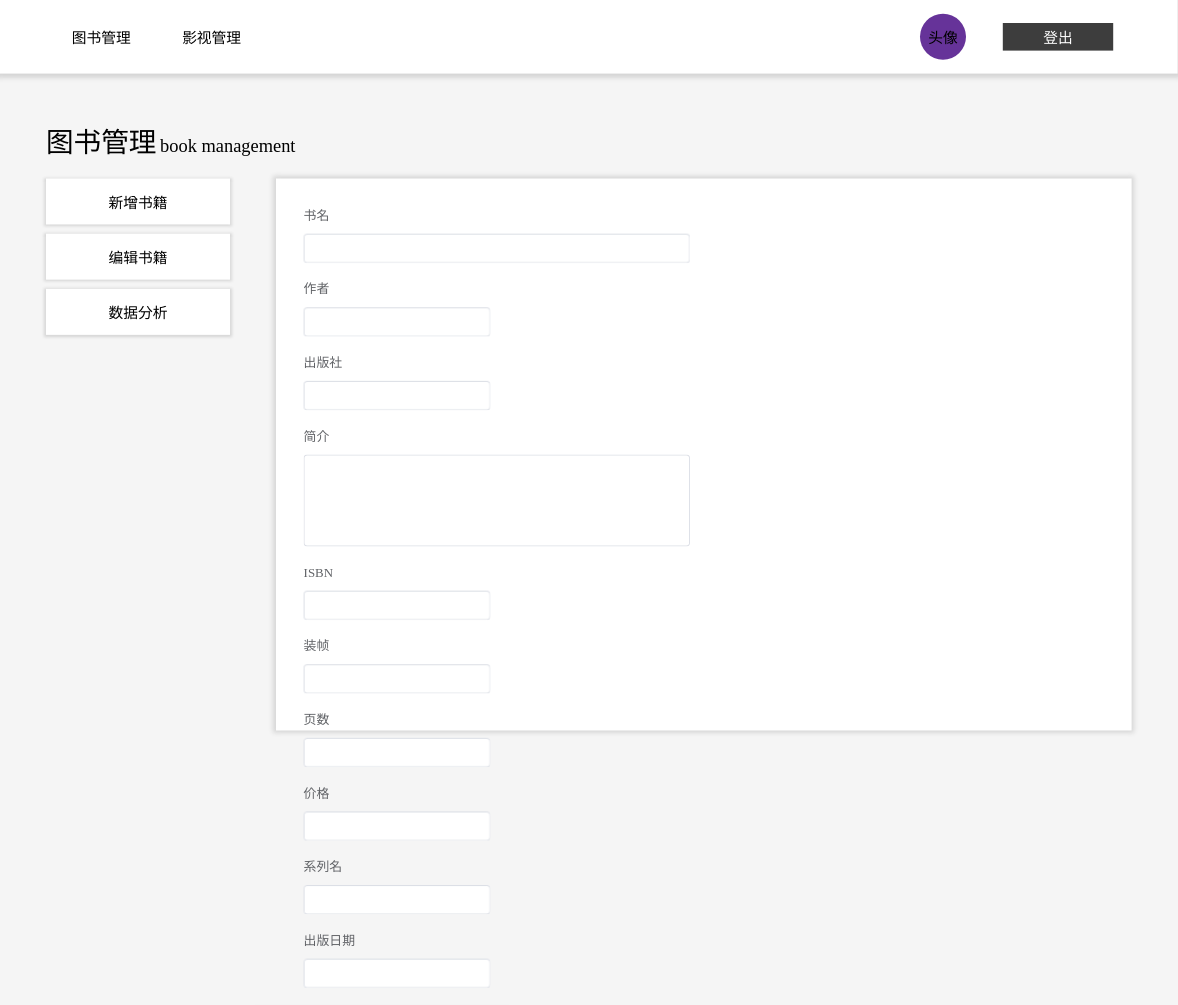
Repository: quanwangniuniu/Oasis-Reading-Platform
Page: /#/admin/books (app in Vue-frontend/)
An editor plug-in stored every save of this project. The page is shown before and after the next save, followed by the edit.
The browser window is 1280 px wide. The pictures show the whole page, at 92% of full size.
Some web fonts or font styles are not loaded; a fallback is used. The project was rebuilt for these pictures with package versions that can differ from the ones it lists, and the page was loaded fresh each time. Also part of the build but not shown: Vue-frontend/vite.config.js, Vue-frontend/src/components/Test.vue, Vue-frontend/src/components/user/books/BookCard.vue, Vue-frontend/src/components/axios/config.js, Vue-frontend/src/components/axios/api.js, Vue-frontend/src/components/user/books/Books.vue, Vue-frontend/src/components/user/movies/Favourites.vue, Vue-frontend/src/components/user/explore/Explore.vue and 10 more.

Above is the page before, as saved 2023-04-13 16:42:31.

After the next save:
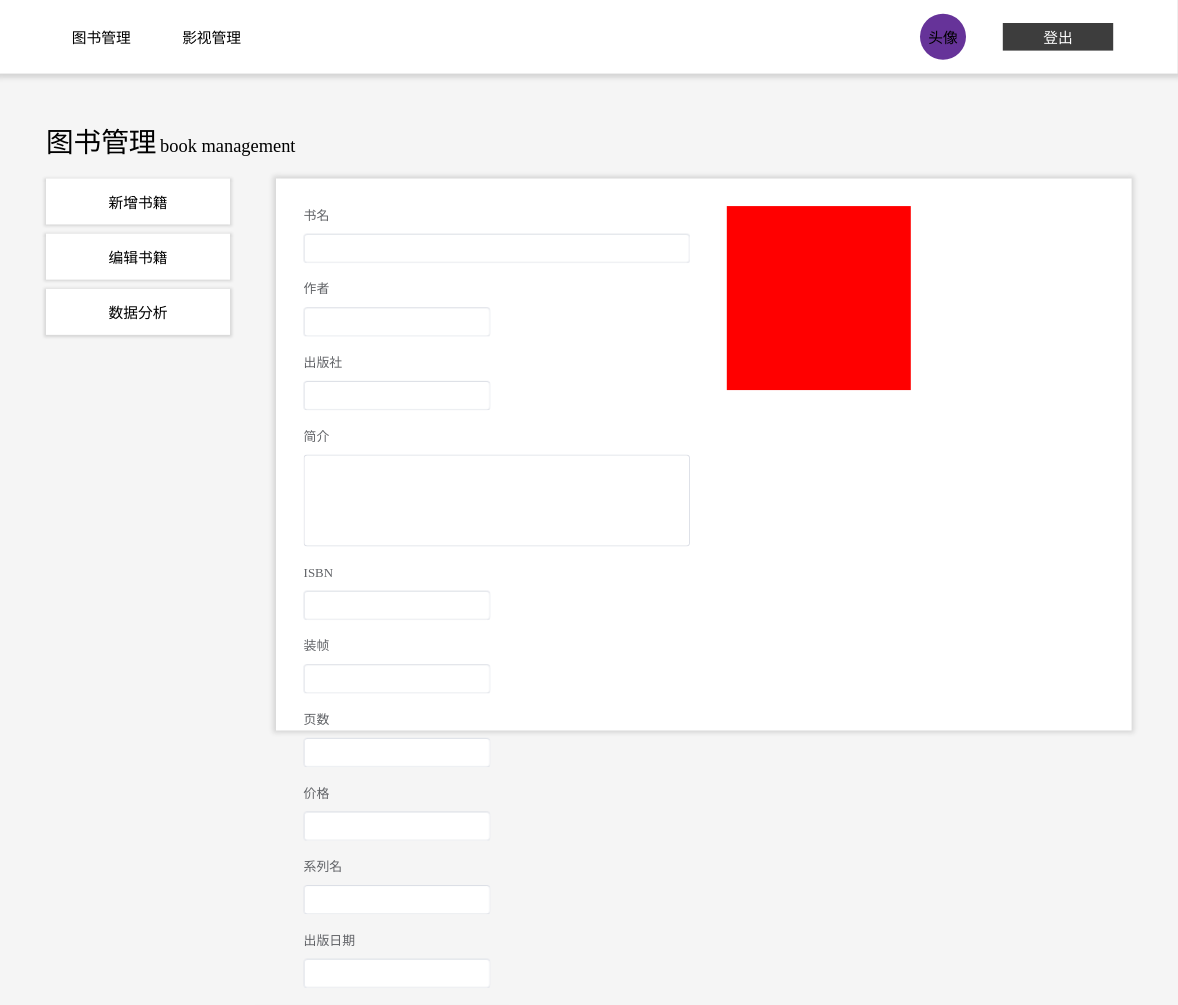
Saved 71 s later.
--- a/Vue-frontend/src/components/admin/bookManagement/BookManagement.vue
+++ b/Vue-frontend/src/components/admin/bookManagement/BookManagement.vue
@@ -28,7 +28,7 @@
   <div class="container">
       <LeftBar></LeftBar>
       <div class="panel">
-        <div>
+        <div class="book-form">
           <el-form
             label-position="top"
             label-width="100px"
@@ -68,6 +68,10 @@
             </el-form-item>
           </el-form>
         </div>
+
+        <div class="book-img">
+
+        </div>
       </div>
   </div>
 
@@ -103,6 +107,13 @@
   background-color: white;
   box-shadow: 0 0 5px 3px rgb(214, 214, 214);
   padding: 30px;
+  display: flex;
 }
 
+
+.book-img{
+  height: 200px;
+  width: 200px;
+  background-color: red;
+}
 </style>

After the 3 saves that followed:
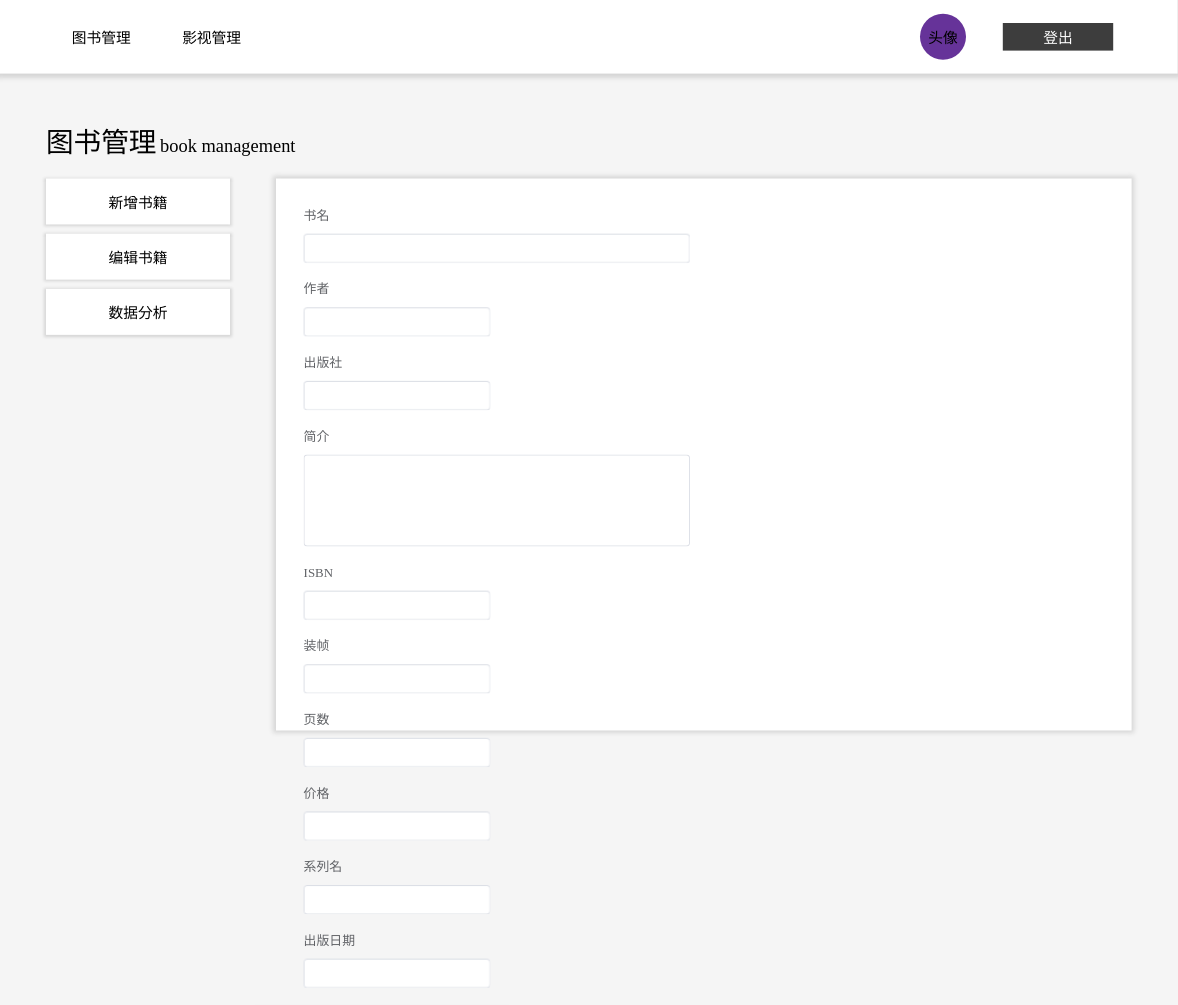
The 3 saves are shown as one change because 2 left the picture as it was.
The last was saved 117 s later.
--- a/Vue-frontend/src/components/admin/bookManagement/BookManagement.vue
+++ b/Vue-frontend/src/components/admin/bookManagement/BookManagement.vue
@@ -69,8 +69,13 @@
           </el-form>
         </div>
 
-        <div class="book-img">
+        <div class="book-upload">
+          <div class="book-img">
 
+          </div>
+          <div class="upload">
+
+          </div>
         </div>
       </div>
   </div>
@@ -113,7 +118,7 @@
 
 .book-img{
   height: 200px;
-  width: 200px;
+  width: 100%;
   background-color: red;
 }
 </style>
